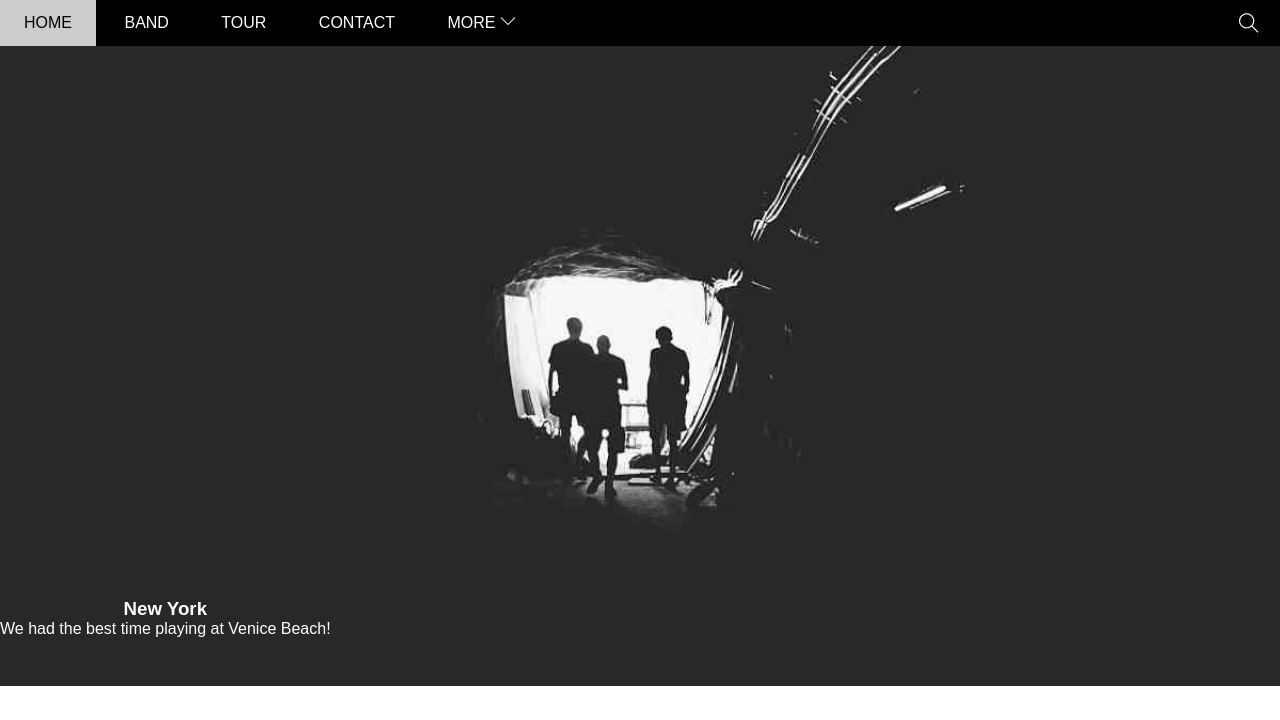
Repository: minhnguyennn/w3_band_music
Page: index.html
The author's editor kept a copy of each file at every save. The page is drawn from the files as they stood at one save, then again after a run of saves.
The browser window is 1280 px wide. The pictures show the whole page.

Above is the page before, as saved 2023-02-18 20:31:39.

### index.html
<!DOCTYPE html>
<html lang="en">
<head>
    <meta charset="UTF-8">
    <meta http-equiv="X-UA-Compatible" content="IE=edge">
    <meta name="viewport" content="width=device-width, initial-scale=1.0">
    <title>Document</title>
    <link rel="stylesheet" href="./assets/css/style.css">
    <link rel="stylesheet" href="./assets/fonts/themify-icons-font/themify-icons/themify-icons.css">
</head>
<body>
    <div id="main">
        <div id="header">
            <!-- Begin: nav -->
            <ul id="nav">
                <li><a href="">Home</a></li>
                <li><a href="">Band</a></li>
                <li><a href="">Tour</a></li>
                <li><a href="">Contact</a></li>
                <li>
                    <a href="">
                        More
                        <i class="nav-arrow-down ti-angle-down"></i>
                    </a>
                    <ul class="subnav">
                        <li><a href="">Merchandise</a></li>
                        <li><a href="">Extras</a></li>
                        <li><a href="">Media</a></li>
                    </ul>
                </li>
            </ul>
            <!-- End: nav -->

            <!-- Begin: search button -->
            <div class="search-btn">
                <i class="search-icon ti-search"></i>
            </div>
            <!-- End: search button -->

        </div>

        <div id="slider">
            <div class="text-content">
                <h3 class="text-heading">New York</h3>
                <div class="text-description">We had the best time playing at Venice Beach!</div>
            </div>
        </div>

        <div id="content">

        </div>

        <div id="footer">

        </div>

    </div>
</body>
</html>

### assets/css/style.css
/* Reset CSS */
* {
   padding: 0;
   margin: 0;
   box-sizing: border-box;
}

html {
   font-family: Arial, Helvetica, sans-serif;
}

#main {
}

#header {
   position: fixed;
   top: 0;
   left: 0;
   right: 0;
   height: 46px;
   background-color: #000;
}

#nav {
   display: inline-block;
}

#nav,
.subnav {
   list-style-type: none;
}

#nav > li {
   display: inline-block;
}

#nav li {
   position: relative;
}

#nav > li > a {
   color: #fff;
   text-transform: uppercase;
   padding: 0 24px;
   line-height: 46px;
}

#nav li a {
   text-decoration: none;
   display: inline-block;
}

#nav li:hover .subnav {
   display: block;
}

#nav > li:hover > a {
   color: #000;
   background-color: #ccc;
}

#nav > .nav-arrow-down {
   font-size: 14px;
}

#nav .subnav {
   min-width: 160px;
   display: none;
   position: absolute;
   top: 100%;
   left: 0;
   background-color: #fff;
   box-shadow: 0 0 10px gray;
}

#nav .subnav a {
   color: #000;
   padding: 0 16px;
   line-height: 32px;
}

#nav .subnav li:hover {
   background-color: #ccc;
}

#header > .search-btn {
   float: right;
   padding: 0 21px;
}

#header > .search-btn:hover {
   background-color: red;
   cursor: pointer;
}

#header > .search-btn > .search-icon {
   color: #fff;
   font-size: 20px;
   line-height: 46px;
}

#slider {
   position: relative;
   margin-top: 46px;
   padding-top: 50%;
   background: url("/assets/img/Slider/slider1.jpg") top center / cover no-repeat;
}

#slider > .text-content {
   position: absolute;
   text-align: center;
   bottom: 48px;
   color: #fff;
   left: ;
}

#slider > .text-heading {

}

#slider > .text-description {

}


#content {
}

#footer {
}

Loaded but not shown: assets/fonts/themify-icons-font/themify-icons/themify-icons.css (common file)

After the next 2 saves:
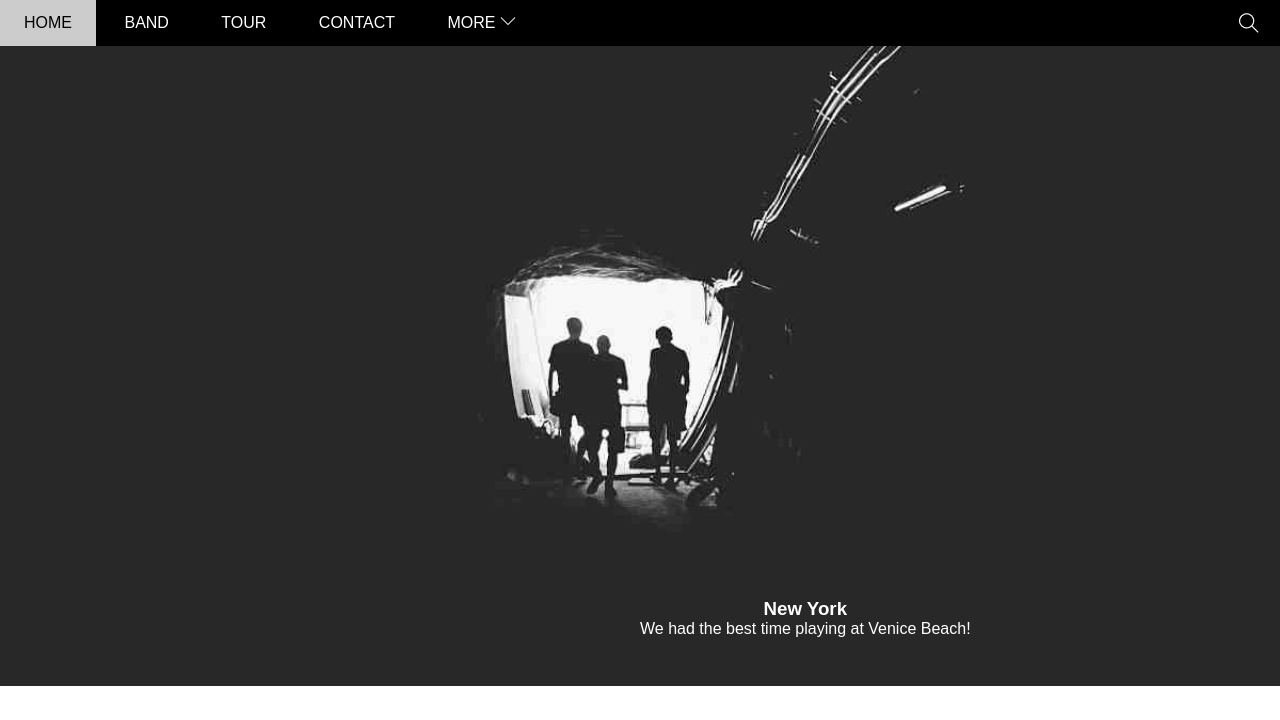
The 2 saves are shown as one change because they came seconds apart.
The last was saved 5 s later.
--- a/assets/css/style.css
+++ b/assets/css/style.css
@@ -111,7 +111,7 @@ html {
    text-align: center;
    bottom: 48px;
    color: #fff;
-   left: ;
+   left: 50%;
 }
 
 #slider > .text-heading {
